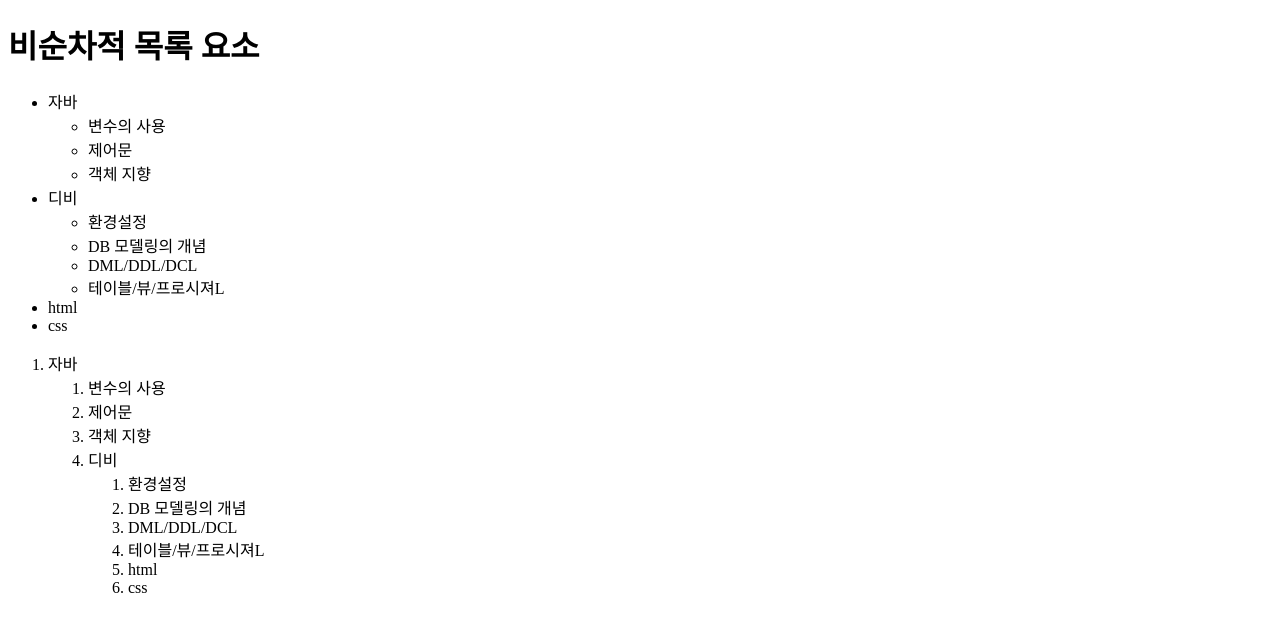
Repository: Junvelop/hkdevelope
Page: Downloads/back_end_edu20240624-master (1)/front_end_20240627/src/main/webapp/html04_목록요소.html
An editor plug-in stored every save of this project. The page is shown before and after the next save, followed by the edit.
The browser window is 1280 px wide. The pictures show the whole page.

Above is the page before, as saved 2024-08-12 05:39:01.

### Downloads/back_end_edu20240624-master (1)/front_end_20240627/src/main/webapp/html04_목록요소.html
<!DOCTYPE html>
<html>
<head>
<meta charset="EUC-KR">
<title>html04_목록요소.html</title>
</head>
<body>
<h1>비순차적 목록 요소</h1>
<ul>
	<li>자바

		<ul>
			<li>변수의 사용</li>
			<li>제어문</li>
			<li>객체 지향</li>
		</ul>

	</li>

	<li>디비

		<ul>
				<li>환경설정</li>
				<li>DB 모델링의 개념</li>
				<li>DML/DDL/DCL</li>
				<li>테이블/뷰/프로시져L</li>
		</ul>

	</li>
	<li>html</li>
	<li>css</li>
</ul>




<ol>
	<li>자바

		<ol>
			<li>변수의 사용</li>
			<li>제어문</li>
			<li>객체 지향</li>
		</ul>

	</li>

	<li>디비

		<ol>
				<li>환경설정</li>
				<li>DB 모델링의 개념</li>
				<li>DML/DDL/DCL</li>
				<li>테이블/뷰/프로시져L</li>
		</ul>

	</li>
	<li>html</li>
	<li>css</li>
</ul>




</body>
</html>

After the next save:
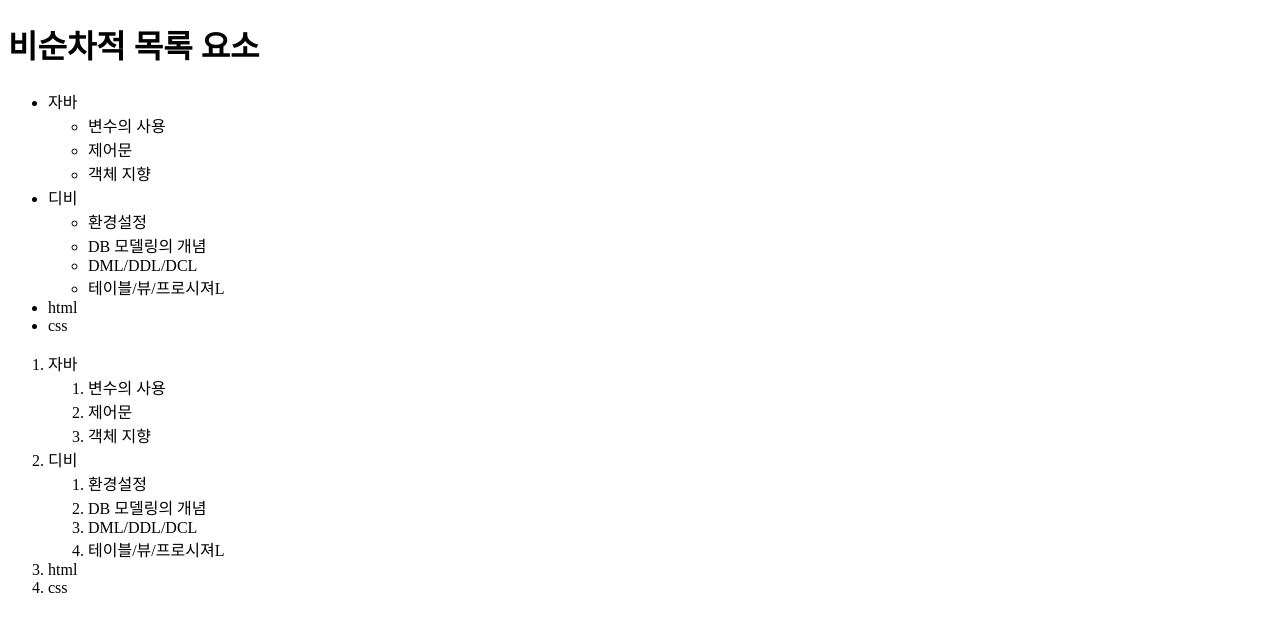
Saved 49 s later.
--- a/Downloads/back_end_edu20240624-master (1)/front_end_20240627/src/main/webapp/html04_목록요소.html
+++ b/Downloads/back_end_edu20240624-master (1)/front_end_20240627/src/main/webapp/html04_목록요소.html
@@ -41,7 +41,7 @@
 			<li>변수의 사용</li>
 			<li>제어문</li>
 			<li>객체 지향</li>
-		</ul>
+		</ol>
 
 	</li>
 
@@ -52,12 +52,12 @@
 				<li>DB 모델링의 개념</li>
 				<li>DML/DDL/DCL</li>
 				<li>테이블/뷰/프로시져L</li>
-		</ul>
+		</ol>
 
 	</li>
 	<li>html</li>
 	<li>css</li>
-</ul>
+</ol>
 
 
 
